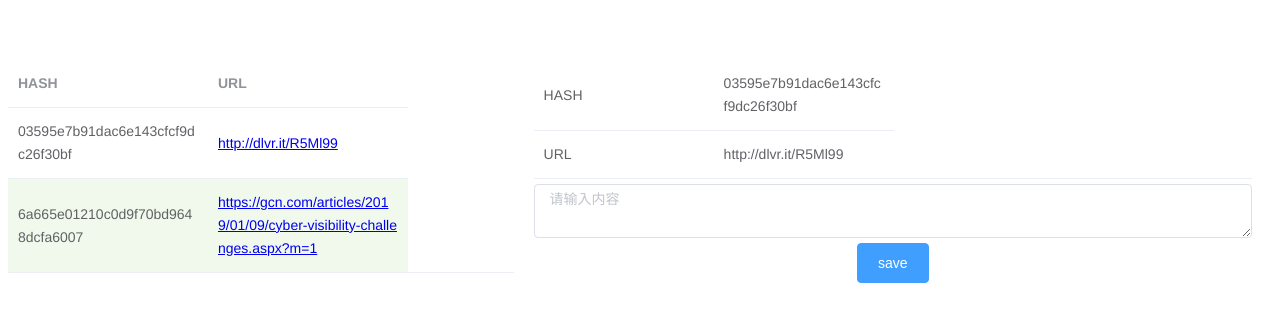
Repository: NicoleGX/TI
Page: /
The author's editor kept a copy of each file at every save. The page is drawn from the files as they stood at one save, then again after the next save.
The browser window is 1280 px wide. The pictures show the whole page.
The project was rebuilt for these pictures with package versions that can differ from the ones it lists, and the page was loaded fresh each time.

Above is the page before, as saved 2019-05-28 20:24:41.

After the next save:
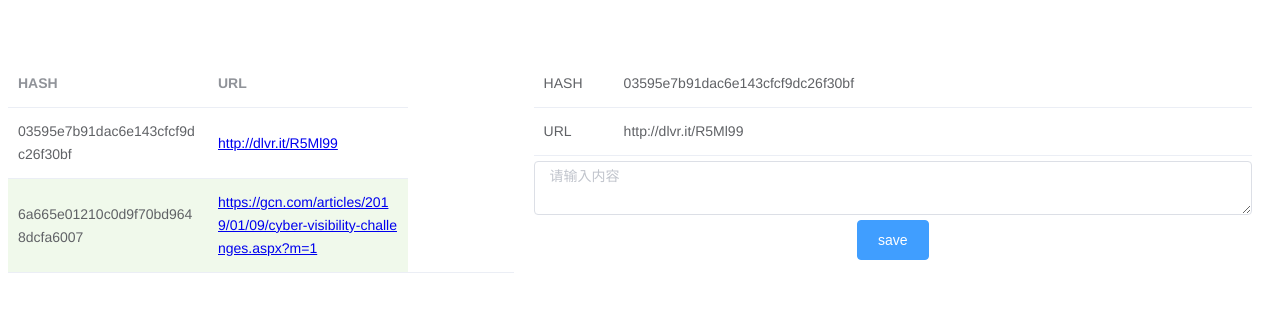
Saved 48 s later.
--- a/src/views/TextClassification.vue
+++ b/src/views/TextClassification.vue
@@ -31,11 +31,11 @@
         <el-table-column
           prop="label"
           label="label"
-          width="180"></el-table-column>
+          width="80"></el-table-column>
         <el-table-column
           prop="value"
           label="value"
-          width="180"></el-table-column>
+          ></el-table-column>
       </el-table>
       <el-input
         type="textarea"
